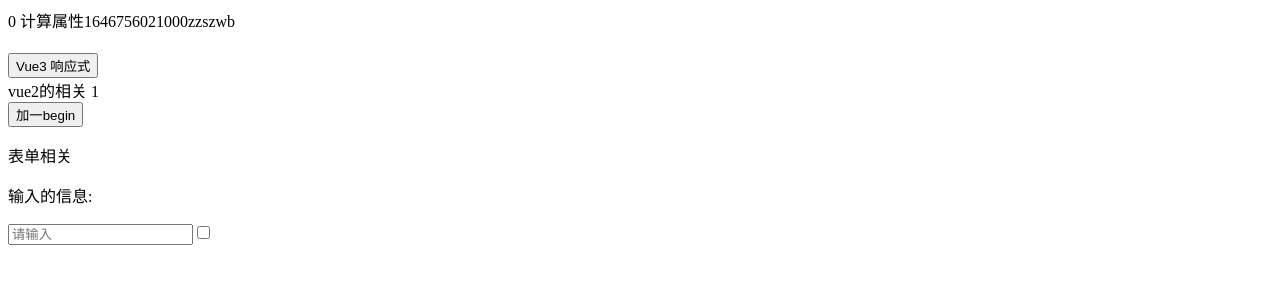
Repository: paranoia-M/vue3-Actions
Page: /
These files come from the project's save history. The page is drawn as it stood at one moment and after the next save; the edit follows.
The browser window is 1280 px wide. The pictures show the whole page.
The project was rebuilt for these pictures with package versions that can differ from the ones it lists, and the page was loaded fresh each time. Also part of the build but not shown: vite.config.js, vue.config.js.

Above is the page before, as saved 2022-03-09 13:35:25.

After the next save:
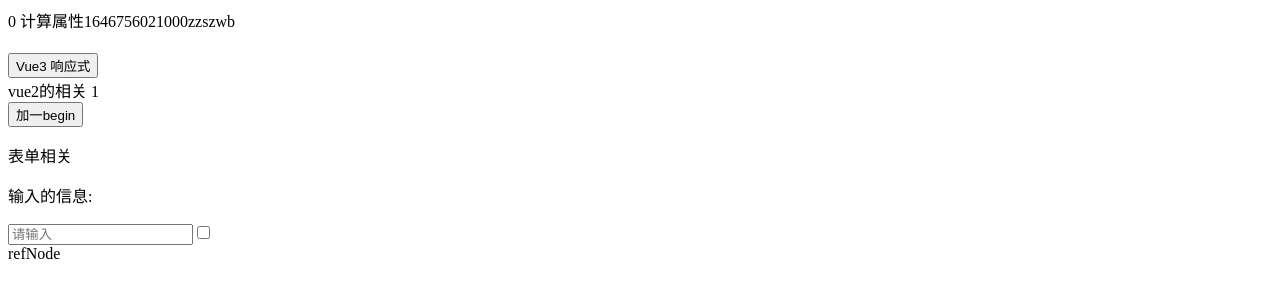
Saved 49 s later.
--- a/src/components/demo/Pra3.vue
+++ b/src/components/demo/Pra3.vue
@@ -1,7 +1,7 @@
  <!--
  * @Author: your name
  * @Date: 2022-03-07 15:47:45
- * @LastEditTime: 2022-03-09 13:34:41
+ * @LastEditTime: 2022-03-09 13:36:13
  * @LastEditors: Please set LastEditors
  * @Description: 打开koroFileHeader查看配置 进行设置: https://github.com/OBKoro1/koro1FileHeader/wiki/%E9%85%8D%E7%BD%AE
  * @FilePath: \vue3-demo\src\components\demo\Pra3.vue
@@ -13,6 +13,7 @@
   onMounted, onUnmounted, onUpdated, onBeforeMount, onBeforeUpdate, onRenderTriggered, onBeforeUnmount, onErrorCaptured, onRenderTracked, onActivated, onDeactivated, onServerPrefetch
 } from "@vue/runtime-core"
 const message = ref('')
+const refNode = ref(null)
 /* 创建 */
 /* 挂载 */
 /* 更新 */
@@ -81,7 +82,7 @@
     <input type="text" placeholder="请输入" v-model="message">
     <input type="checkbox" id="checkbox" v-model="message">
     <label for="checkbox">{{ message }}</label>
-    <div ref="ref"></div>
+    <div ref="refNode">refNode</div>
   </div>
 </template>
 <style>
